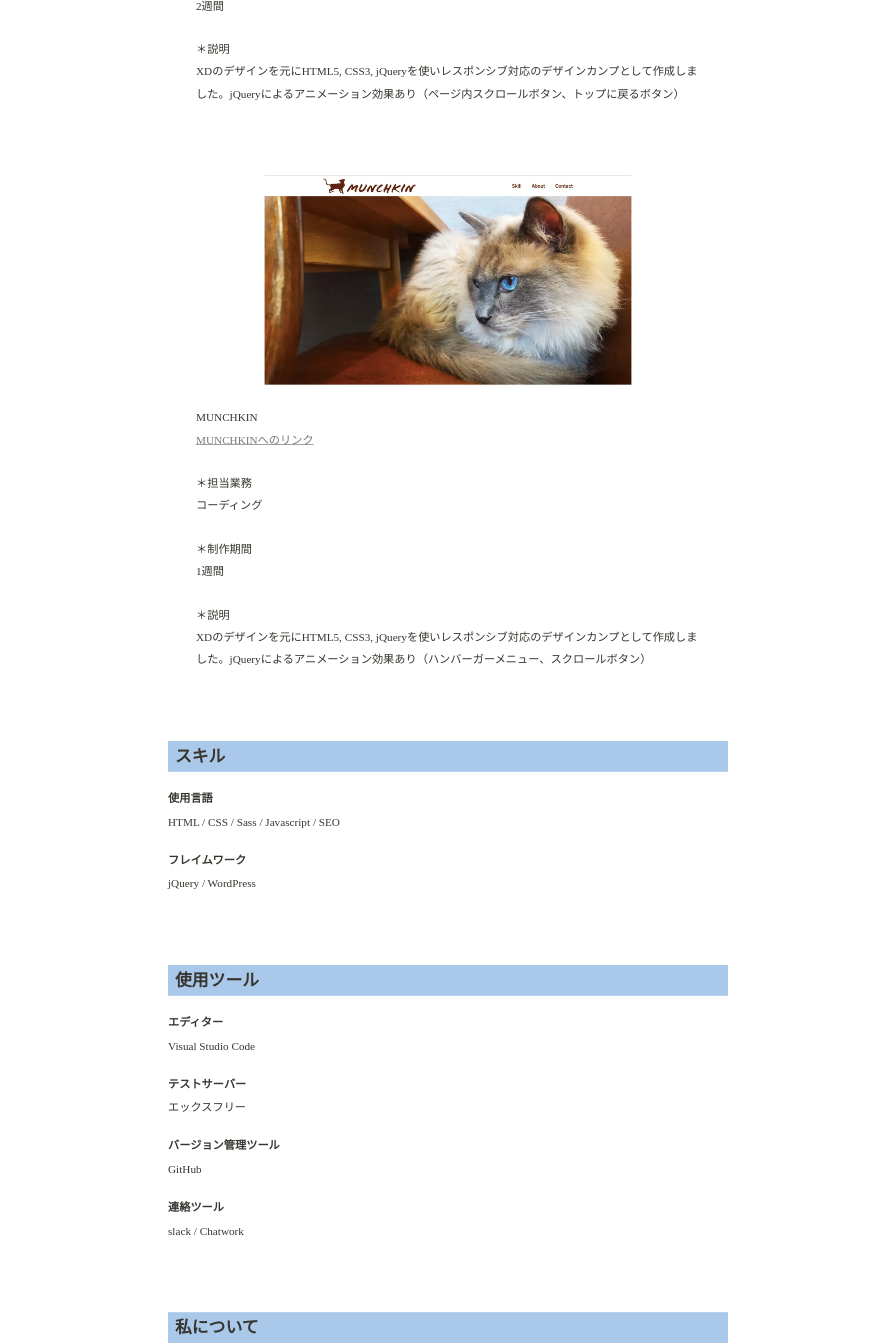
Repository: tetishi/my-portfolio
Page: index.html
The author's editor kept a copy of each file at every save. The page is drawn from the files as they stood at one save, then again after the next save.
The browser window is 1280 px wide. The pictures show the part of the page from y = 2812 to 4732 px (the page is 5709 px tall before and 6517 px after), at 70% of full size.
The style sheet was rebuilt from its Sass, Less or Tailwind sources for each picture, by a compiler version that may differ from the author's.

Above is the page before, as saved 2023-08-23 15:35:37.

After the next save:
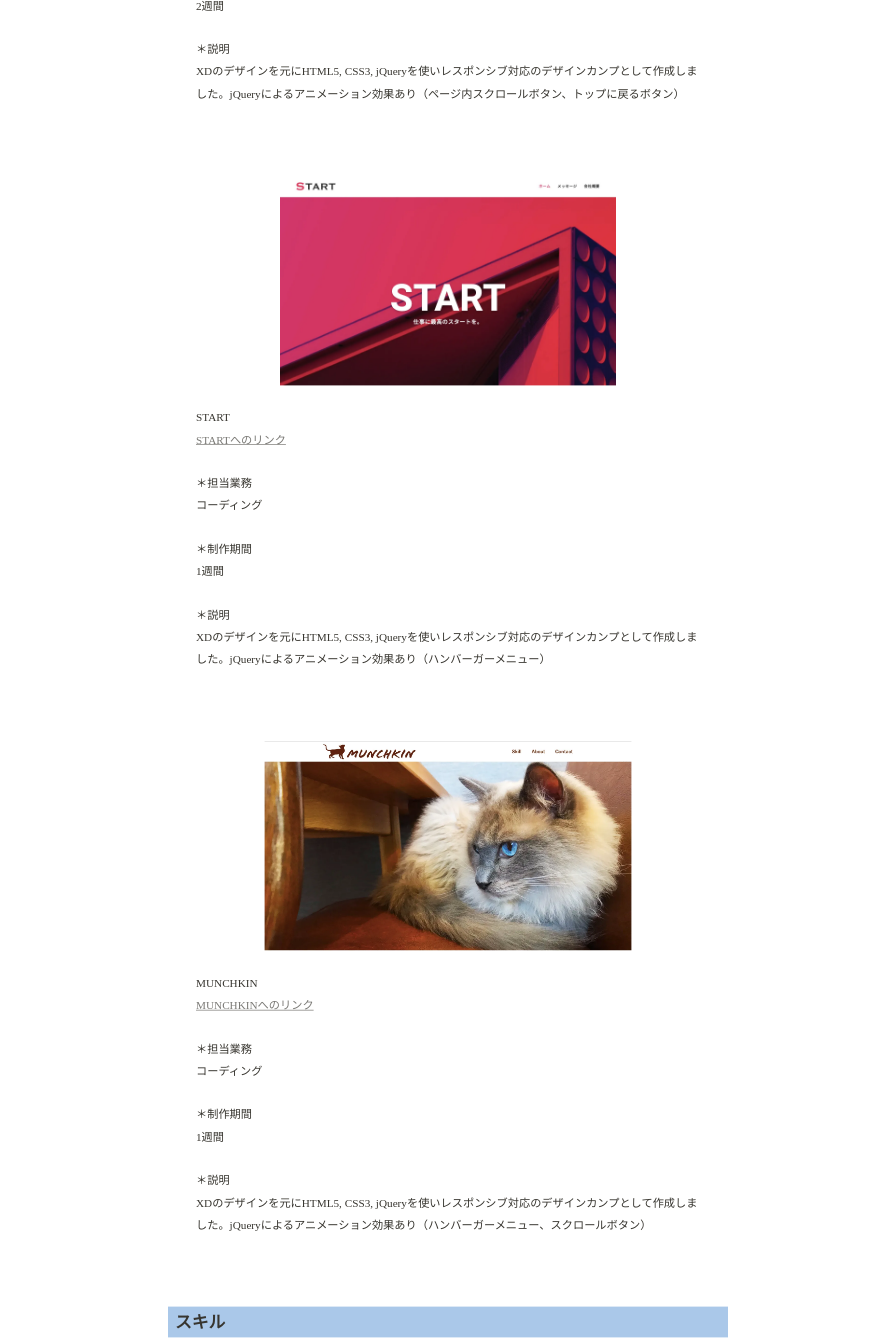
Saved 7 s later.
--- a/index.html
+++ b/index.html
@@ -102,6 +102,25 @@
             </div>
 
             <!-- 　4作品目 -->
+            <div class="work">
+                <!-- サイトのイメージ写真を入れます -->
+                <picture>
+                    <source srcset="img/start.webp" type="image/webp">
+                    <img src="img/start.png">
+                </picture>
+                <!-- ここ記入 -->
+                <p class="work_tit">START</p>
+                <!-- ここ記入 -->
+                <p class="work_link"><a target="_blank" rel="noopener noreferrer" href="https://tetishi.github.io/">STARTへのリンク</a></p>
+                <p class="details">＊担当業務</p>
+                <p>コーディング</p>
+                <p class="details">＊制作期間</p>
+                <!-- ここ記入 -->
+                <p>1週間</p>
+                <p class="details">＊説明</p>
+                <!-- ここ記入 -->
+                <p>XDのデザインを元にHTML5, CSS3, jQueryを使いレスポンシブ対応のデザインカンプとして作成しました。jQueryによるアニメーション効果あり（ハンバーガーメニュー）</p>
+            </div>
 
             <!-- 　5作品目 -->
             <div class="work">
